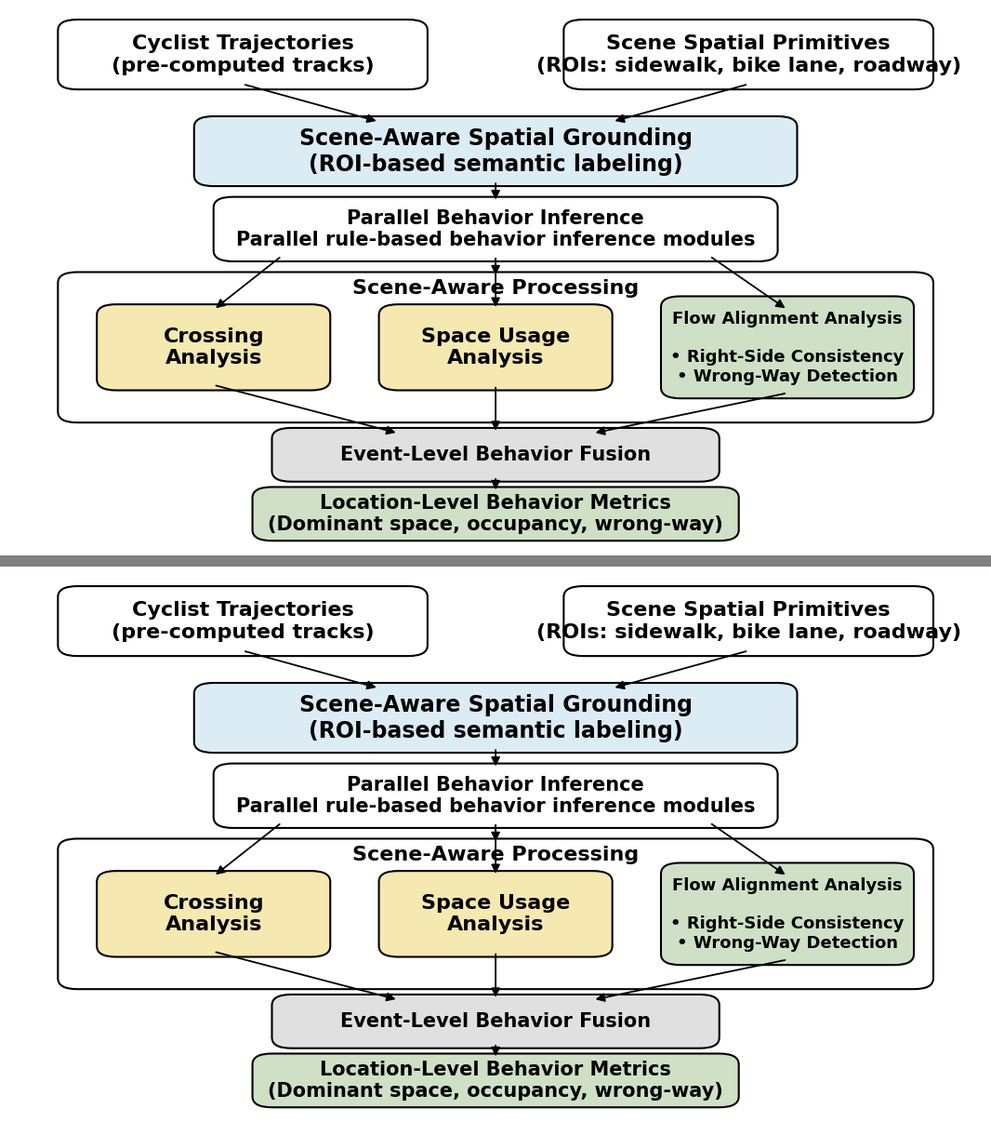
Repository: ao-he/Bicylist-System-726
Script's output: python bicyclist-system/notebooks/1.py
The author's editor kept a copy of each file at every save. The script's output is drawn from the files as they stood at one save, then again after the next save.
The pictures are shown at 93% of full size.
Each picture stacks the figures in order, with grey between them; figures that are only written to a file come last. Random numbers start from a fixed seed.

Above is the script's output before, as saved 2026-01-23 01:18:26.

After the next save:
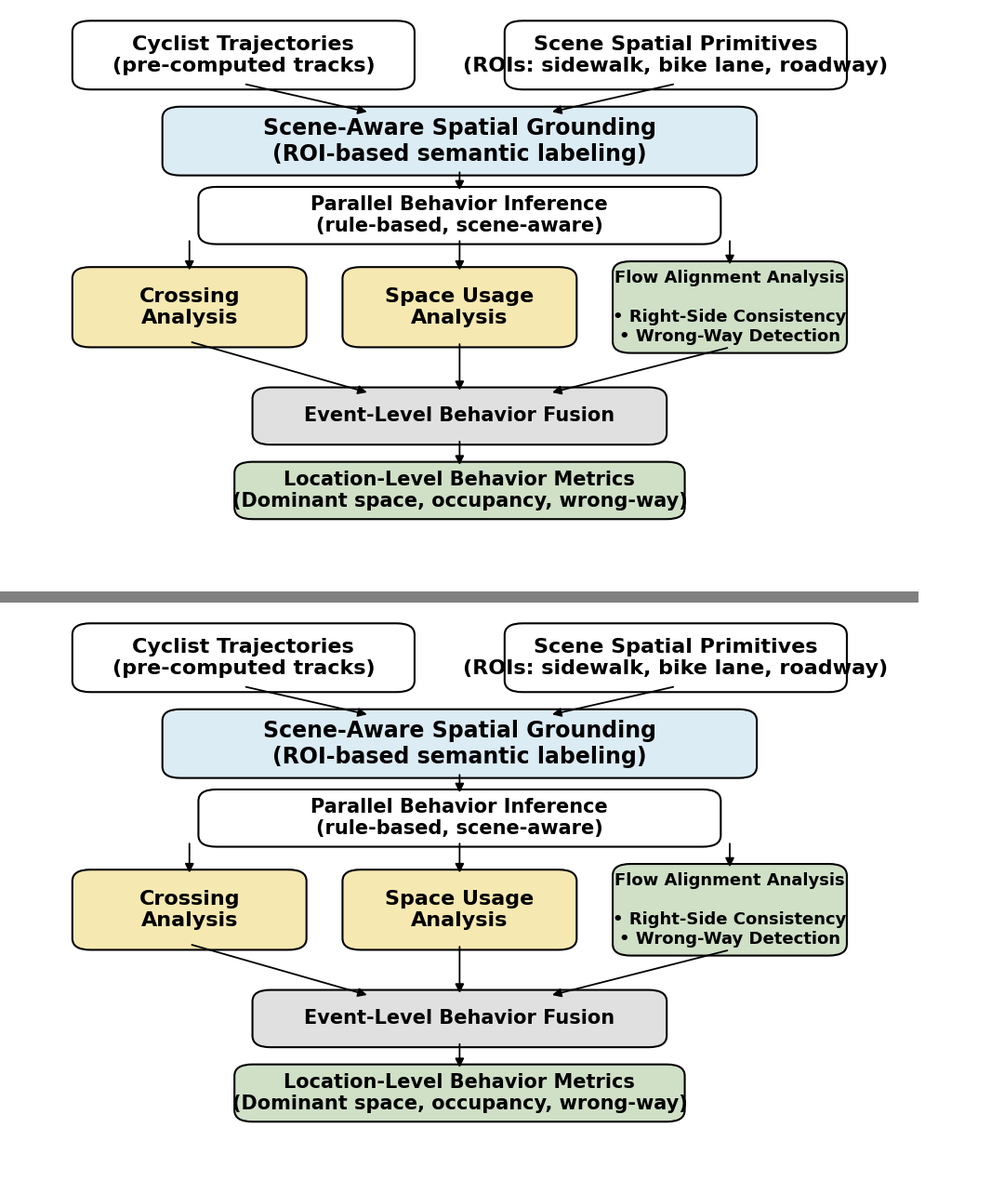
Saved 2 min 52 s later.
--- a/bicyclist-system/notebooks/1.py
+++ b/bicyclist-system/notebooks/1.py
@@ -1,135 +1,103 @@
-# make_pipeline_buildsys_spaced.py
 import matplotlib.pyplot as plt
 from matplotlib.patches import FancyBboxPatch
 from matplotlib import rcParams
 import os
 
-def add_box(ax, x, y, w, h, text, fc="white", ec="black",
-            lw=1.5, fontsize=14, fontweight="bold", radius=0.02):
+def add_box(ax, x, y, w, h, text, fc="white",
+            fontsize=15, lw=1.5, radius=0.02):
     box = FancyBboxPatch(
         (x, y), w, h,
         boxstyle=f"round,pad=0.01,rounding_size={radius}",
-        linewidth=lw, edgecolor=ec, facecolor=fc
+        linewidth=lw, edgecolor="black", facecolor=fc
     )
     ax.add_patch(box)
     ax.text(x + w/2, y + h/2, text,
             ha="center", va="center",
-            fontsize=fontsize, fontweight=fontweight)
+            fontsize=fontsize, fontweight="bold")
     return box
 
-def add_arrow(ax, x1, y1, x2, y2, lw=1.3):
+def arrow(ax, x1, y1, x2, y2):
     ax.annotate(
         "", xy=(x2, y2), xytext=(x1, y1),
-        arrowprops=dict(arrowstyle="-|>", lw=lw, color="black",
+        arrowprops=dict(arrowstyle="-|>", lw=1.3, color="black",
                         mutation_scale=14)
     )
 
 def main():
     rcParams["figure.dpi"] = 150
-    fig, ax = plt.subplots(figsize=(13.5, 7.5))
+    fig, ax = plt.subplots(figsize=(12.5, 8))
     ax.set_xlim(0, 1)
     ax.set_ylim(0, 1)
     ax.axis("off")
 
-    # ---- Colors (print-friendly) ----
+    # Colors
     c_ground = "#dcecf4"
     c_module = "#f6e8b1"
     c_flow   = "#cfe0c7"
     c_fusion = "#e0e0e0"
     c_out    = "#cfe0c7"
 
-    # ---- Top inputs (拉开横向间距) ----
-    b_traj = add_box(
-        ax, 0.06, 0.86, 0.36, 0.11,
-        "Cyclist Trajectories\n(pre-computed tracks)",
-        fontsize=16
-    )
-    b_roi = add_box(
-        ax, 0.58, 0.86, 0.36, 0.11,
-        "Scene Spatial Primitives\n(ROIs: sidewalk, bike lane, roadway)",
-        fontsize=16
-    )
+    # ---- Inputs ----
+    add_box(ax, 0.08, 0.87, 0.36, 0.10,
+            "Cyclist Trajectories\n(pre-computed tracks)", fontsize=16)
+    add_box(ax, 0.56, 0.87, 0.36, 0.10,
+            "Scene Spatial Primitives\n(ROIs: sidewalk, bike lane, roadway)",
+            fontsize=16)
 
-    # ---- Spatial Grounding（纵向拉开）----
-    b_ground = add_box(
-        ax, 0.20, 0.68, 0.60, 0.11,
-        "Scene-Aware Spatial Grounding\n(ROI-based semantic labeling)",
-        fc=c_ground, fontsize=17
-    )
+    # ---- Grounding ----
+    add_box(ax, 0.18, 0.72, 0.64, 0.10,
+            "Scene-Aware Spatial Grounding\n(ROI-based semantic labeling)",
+            fc=c_ground, fontsize=17)
 
-    # ---- Parallel inference label ----
-    b_parallel = add_box(
-        ax, 0.22, 0.54, 0.56, 0.10,
-        "Parallel Behavior Inference\nParallel rule-based behavior inference modules",
-        fontsize=15
-    )
+    # arrows to grounding
+    arrow(ax, 0.26, 0.87, 0.40, 0.82)
+    arrow(ax, 0.74, 0.87, 0.60, 0.82)
 
-    # ---- Scene-aware processing container（更低一点）----
-    container = FancyBboxPatch(
-        (0.06, 0.24), 0.88, 0.26,
-        boxstyle="round,pad=0.01,rounding_size=0.02",
-        linewidth=1.5, edgecolor="black", facecolor="white"
-    )
-    ax.add_patch(container)
-    ax.text(0.50, 0.48, "Scene-Aware Processing",
-            ha="center", va="center",
-            fontsize=16, fontweight="bold")
+    # ---- Parallel inference header ----
+    add_box(ax, 0.22, 0.60, 0.56, 0.08,
+            "Parallel Behavior Inference\n(rule-based, scene-aware)",
+            fontsize=15)
 
-    # ---- Parallel modules（横向明显拉开）----
-    b_cross = add_box(
-        ax, 0.10, 0.30, 0.22, 0.14,
-        "Crossing\nAnalysis",
-        fc=c_module, fontsize=16
-    )
-    b_space = add_box(
-        ax, 0.39, 0.30, 0.22, 0.14,
-        "Space Usage\nAnalysis",
-        fc=c_module, fontsize=16
-    )
-    b_flow = add_box(
-        ax, 0.68, 0.285, 0.24, 0.17,
-        "Flow Alignment Analysis\n\n• Right-Side Consistency\n• Wrong-Way Detection",
-        fc=c_flow, fontsize=13
-    )
+    arrow(ax, 0.50, 0.72, 0.50, 0.68)
 
-    # ---- Fusion & Output（纵向拉开）----
-    b_fusion = add_box(
-        ax, 0.28, 0.13, 0.44, 0.08,
-        "Event-Level Behavior Fusion",
-        fc=c_fusion, fontsize=15
-    )
-    b_out = add_box(
-        ax, 0.26, 0.02, 0.48, 0.08,
-        "Location-Level Behavior Metrics\n(Dominant space, occupancy, wrong-way)",
-        fc=c_out, fontsize=15
-    )
+    # ---- Parallel modules (clean horizontal layout) ----
+    add_box(ax, 0.08, 0.42, 0.24, 0.12,
+            "Crossing\nAnalysis", fc=c_module, fontsize=16)
+    add_box(ax, 0.38, 0.42, 0.24, 0.12,
+            "Space Usage\nAnalysis", fc=c_module, fontsize=16)
+    add_box(ax, 0.68, 0.41, 0.24, 0.14,
+            "Flow Alignment Analysis\n\n• Right-Side Consistency\n• Wrong-Way Detection",
+            fc=c_flow, fontsize=13)
 
-    # ---- Arrows ----
-    add_arrow(ax, 0.24, 0.86, 0.38, 0.79)
-    add_arrow(ax, 0.76, 0.86, 0.62, 0.79)
+    arrow(ax, 0.20, 0.60, 0.20, 0.54)
+    arrow(ax, 0.50, 0.60, 0.50, 0.54)
+    arrow(ax, 0.80, 0.60, 0.80, 0.55)
 
-    add_arrow(ax, 0.50, 0.68, 0.50, 0.64)
-    add_arrow(ax, 0.50, 0.54, 0.50, 0.50)
+    # ---- Fusion ----
+    add_box(ax, 0.28, 0.25, 0.44, 0.08,
+            "Event-Level Behavior Fusion",
+            fc=c_fusion, fontsize=15)
 
-    add_arrow(ax, 0.28, 0.54, 0.21, 0.44)
-    add_arrow(ax, 0.50, 0.54, 0.50, 0.44)
-    add_arrow(ax, 0.72, 0.54, 0.80, 0.44)
+    arrow(ax, 0.20, 0.42, 0.40, 0.33)
+    arrow(ax, 0.50, 0.42, 0.50, 0.33)
+    arrow(ax, 0.80, 0.41, 0.60, 0.33)
 
-    add_arrow(ax, 0.21, 0.30, 0.40, 0.21)
-    add_arrow(ax, 0.50, 0.30, 0.50, 0.21)
-    add_arrow(ax, 0.80, 0.285, 0.60, 0.21)
+    # ---- Output ----
+    add_box(ax, 0.26, 0.12, 0.48, 0.08,
+            "Location-Level Behavior Metrics\n(Dominant space, occupancy, wrong-way)",
+            fc=c_out, fontsize=15)
 
-    add_arrow(ax, 0.50, 0.13, 0.50, 0.10)
+    arrow(ax, 0.50, 0.25, 0.50, 0.20)
 
-    # ---- Save ----
+    # Save
     out_dir = "figures"
     os.makedirs(out_dir, exist_ok=True)
-    fig.savefig(os.path.join(out_dir, "pipeline_buildsys_spaced.png"),
+    fig.savefig(os.path.join(out_dir, "pipeline_buildsys_final.png"),
                 bbox_inches="tight")
-    fig.savefig(os.path.join(out_dir, "pipeline_buildsys_spaced.pdf"),
+    fig.savefig(os.path.join(out_dir, "pipeline_buildsys_final.pdf"),
                 bbox_inches="tight")
 
-    print("Saved: figures/pipeline_buildsys_spaced.png and .pdf")
+    print("Saved: figures/pipeline_buildsys_final.png / .pdf")
 
 if __name__ == "__main__":
     main()
